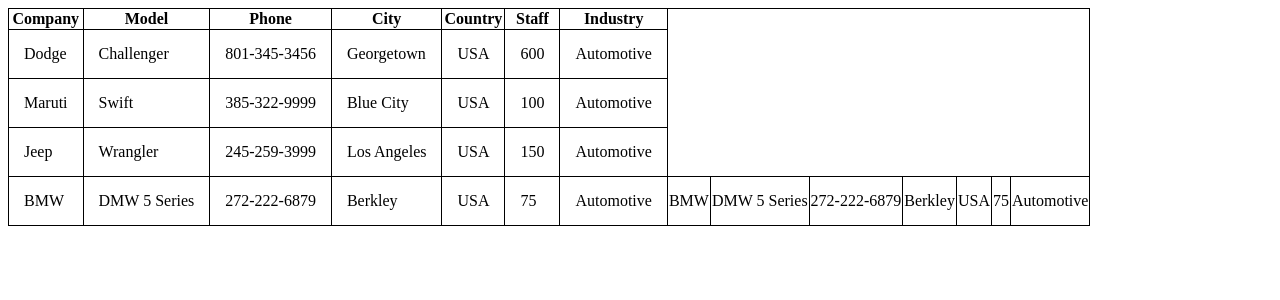
Repository: vgoins-RA2022/HTML-2
Page: index.html
These files come from the project's save history. The page is drawn as it stood at one moment and after a run of saves; the edit follows.
The browser window is 1280 px wide. The pictures show the whole page.

Above is the page before, as saved 2023-01-21 22:32:35.

After the next 2 saves:
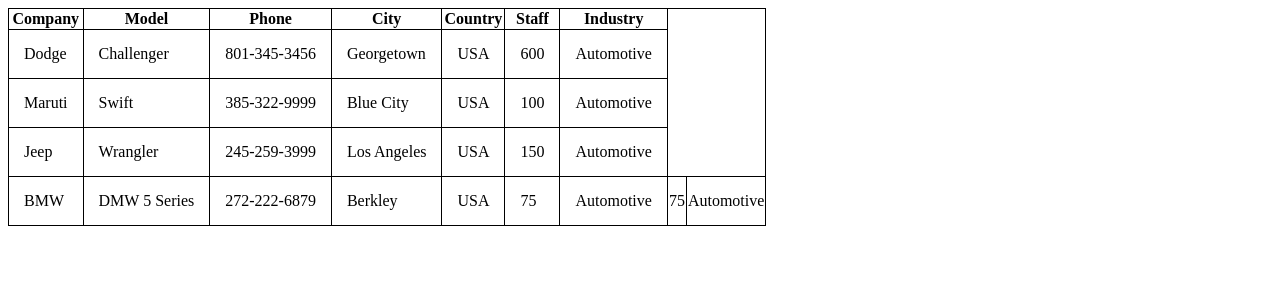
The 2 saves are shown as one change because they came seconds apart.
The last was saved 8 s later.
--- a/index.html
+++ b/index.html
@@ -61,12 +61,7 @@
         <td class="table-cell-padding">USA</td>
         <td class="table-cell-padding">75</td>
         <td class="table-cell-padding">Automotive</td>
-        <td>BMW</td>
-        <td>DMW 5 Series</td>
-        <td>272-222-6879</td>
-        <td>Berkley</td>
-        <td>USA</td>
-        <td>75</td>
+                <td>75</td>
         <td>Automotive</td>
       </tr>
     </tbody>
